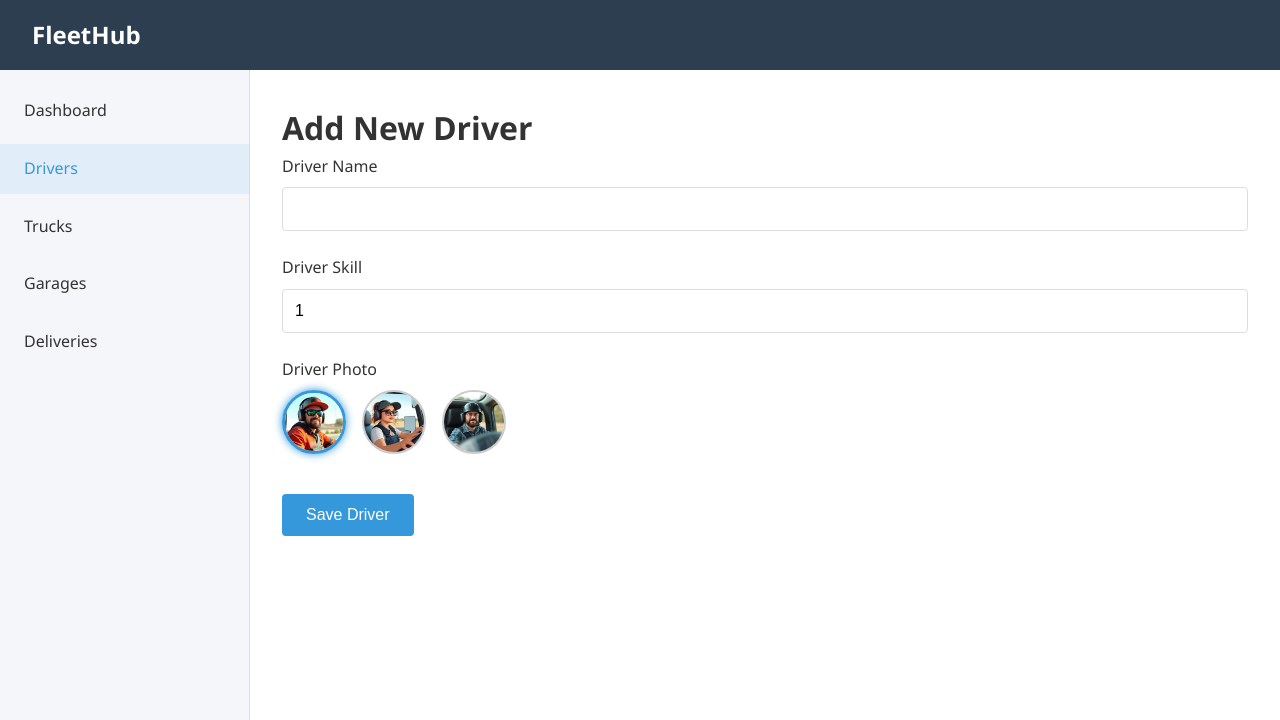
Repository: fevren2001/fleethub
Page: /drivers/new (app in fleethub-frontend/)
An editor plug-in stored every save of this project. The page is shown before and after the next save, followed by the edit.
The browser window is 1280 px wide. The pictures show the whole page.
The project was rebuilt for these pictures with package versions that can differ from the ones it lists, and the page was loaded fresh each time. Also part of the build but not shown: fleethub-frontend/vite.config.ts, fleethub-frontend/src/components/common/ProtectedRoute.tsx, fleethub-frontend/src/pages/Login.tsx, fleethub-frontend/src/api/deliveries.ts, fleethub-frontend/src/pages/Dashboard.tsx, fleethub-frontend/src/pages/Drivers/DriversList.tsx, fleethub-frontend/src/pages/Drivers/DriverDetail.tsx, fleethub-frontend/src/pages/Drivers/DriverEdit.tsx and 13 more.

Above is the page before, as saved 2025-07-20 00:05:50.

After the next save:
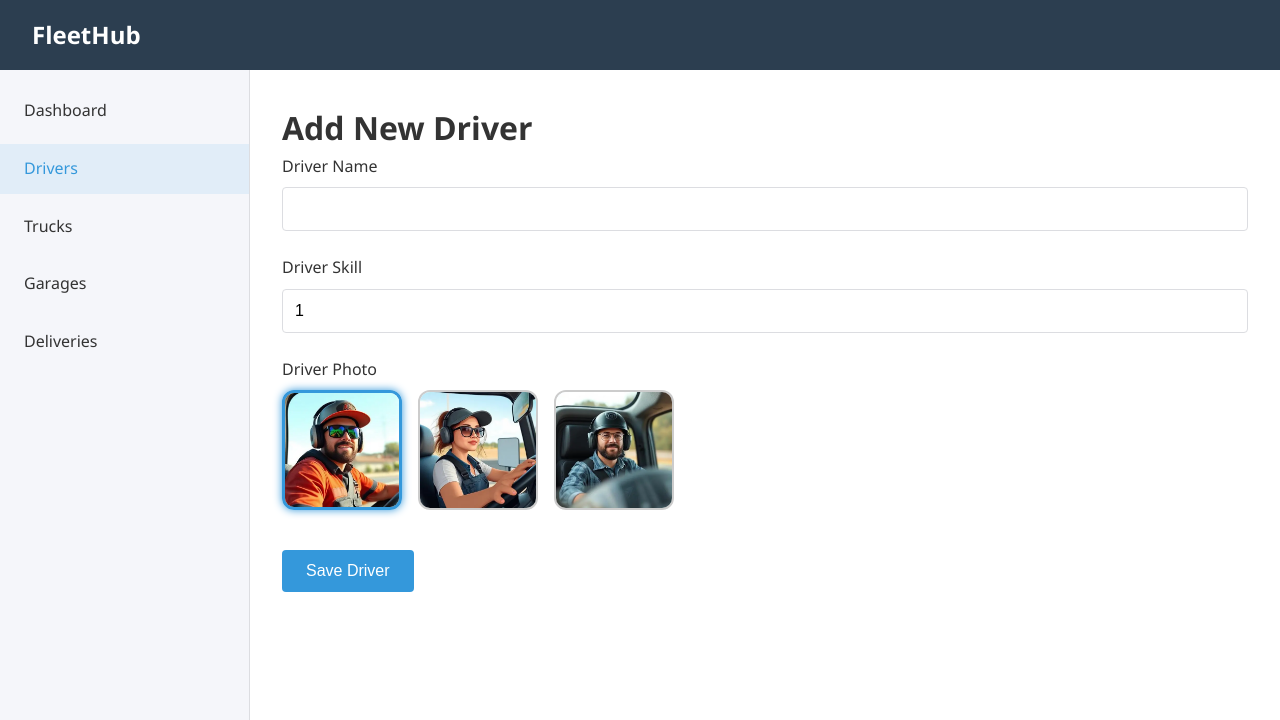
Saved 65 s later.
--- a/fleethub-frontend/src/components/drivers/DriverForm.tsx
+++ b/fleethub-frontend/src/components/drivers/DriverForm.tsx
@@ -73,9 +73,9 @@ const DriverForm: React.FC<DriverFormProps> = ({ initialData = {}, onSubmit, isS
                 src={photo}
                 alt="Driver"
                 style={{
-                  width: 64,
-                  height: 64,
-                  borderRadius: '50%',
+                  width: 120,
+                  height: 120,
+                  borderRadius: 12,
                   border: formData.photoUrl === photo ? '3px solid #3498db' : '2px solid #ccc',
                   boxShadow: formData.photoUrl === photo ? '0 0 8px #3498db' : 'none',
                   objectFit: 'cover',
